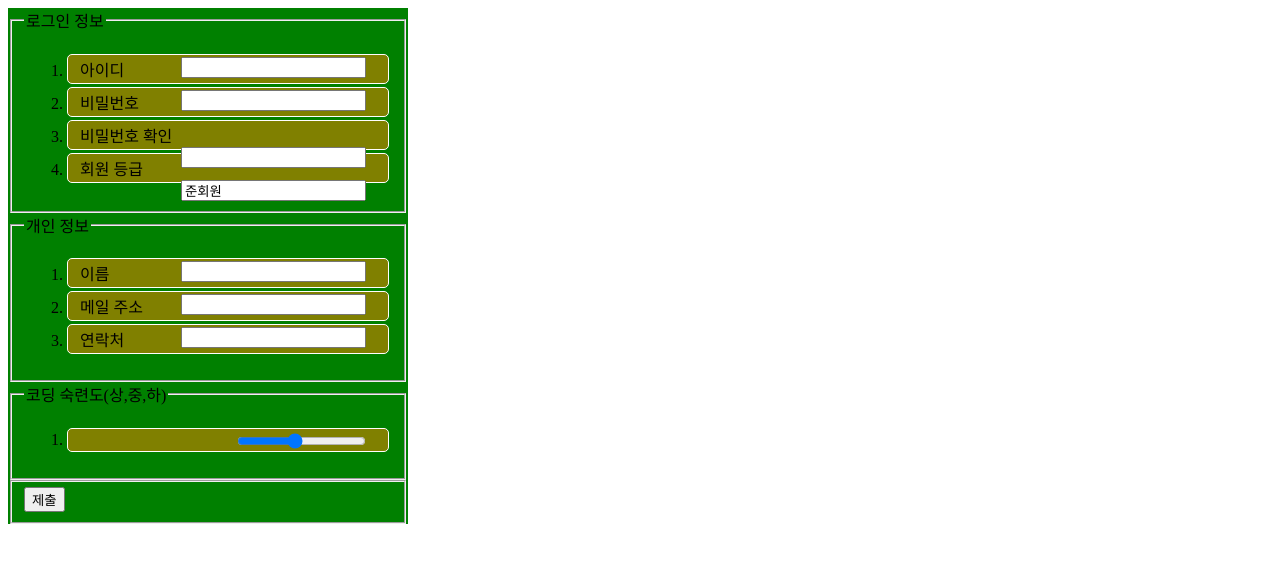
Repository: giwon8701/Qclass_KH
Page: Workspace_Java/testWebProject/test.html
The author's editor kept a copy of each file at every save. The page is drawn from the files as they stood at one save, then again after the next save.
The browser window is 1280 px wide. The pictures show the whole page.

Above is the page before, as saved 2021-01-11 02:27:33.

After the next save:
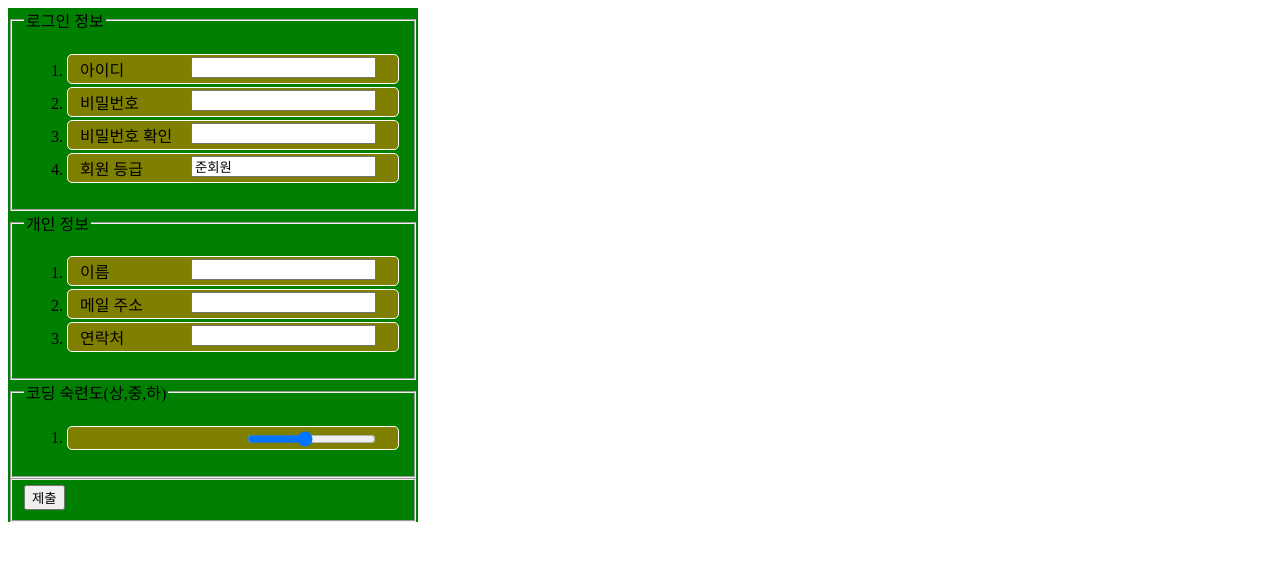
Saved 12 s later.
--- a/Workspace_Java/testWebProject/test_css.css
+++ b/Workspace_Java/testWebProject/test_css.css
@@ -1,6 +1,6 @@
 .navi {
 	background: green;
-	width: 400px;
+	width: 410px;
 }
 .navi ol li {
 	border-style: solid;
